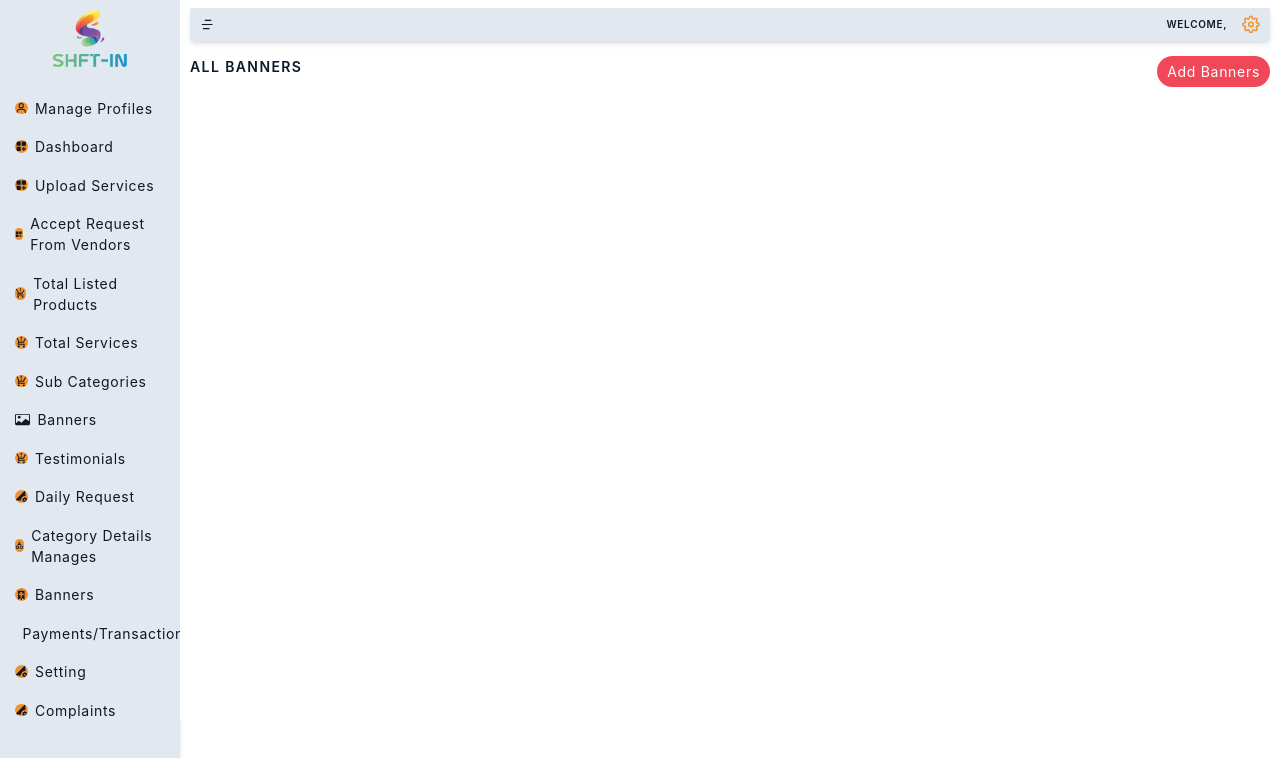
Repository: rohit0915/Mr-Arun-Chauhan-Admin-Panel
Page: /gallary
These files come from the project's save history. The page is drawn as it stood at one moment and after the next save; the edit follows.
The browser window is 1280 px wide. The pictures show the whole page.
The page's requests for data from a server got no answer. The project was rebuilt for these pictures with package versions that can differ from the ones it lists, and the page was loaded fresh each time. No one was signed in, and anything a server would have sent is missing. Also part of the build but not shown: src/components/BaseUrl.jsx, src/components/forms/Login.jsx, src/components/pages/Dashboard.jsx, src/vendorPanel/components/Auth.jsx, src/components/pages/products/Products.jsx, src/components/pages/categories/Categories.jsx, src/components/pages/subcategories/SubCategories.jsx, src/components/pages/manageprofiles/ManageProfiles.jsx and 71 more.

Above is the page before, as saved 2022-11-15 14:57:14.

After the next save:
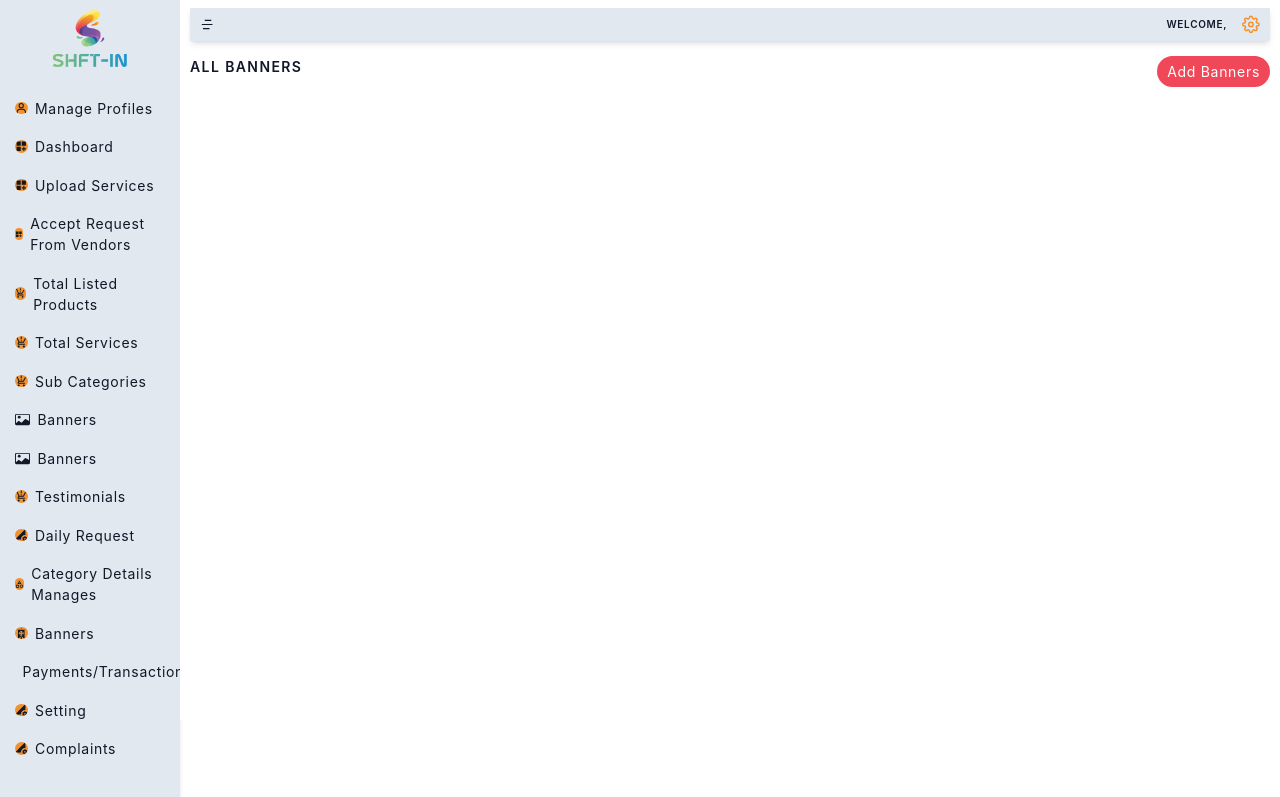
Saved 15 s later.
--- a/src/components/layout/Sidebar.jsx
+++ b/src/components/layout/Sidebar.jsx
@@ -106,6 +106,13 @@ const Sidebar = ({ hamb, setHamb }) => {
       ),
       link: "/sub-categories",
       name: " Sub Categories",
+    },
+    {
+      icon: (
+        <BsCardImage className="text-2xl mr-3  " />
+      ),
+      link: "/gallary",
+      name: "Banners",
     },
     {
       icon: (
